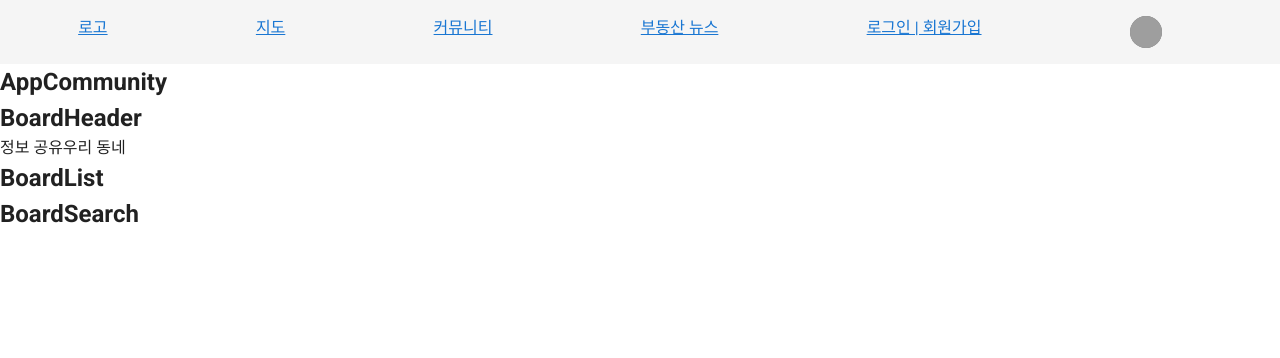
Repository: misso88/vue-whereIsMyHome
Page: /community
These files come from the project's save history. The page is drawn as it stood at one moment and after a run of saves; the edit follows.
The browser window is 1280 px wide. The pictures show the whole page.
The project was rebuilt for these pictures with package versions that can differ from the ones it lists, and the page was loaded fresh each time. Also part of the build but not shown: vue.config.js, src/views/AppMain.vue, src/components/house/sidebar/HouseListItem.vue, src/components/house/sidebar/HouseList.vue, src/components/house/sidebar/HouseListFilter.vue, src/components/house/sidebar/HouseSidebar.vue, src/components/house/map/HouseMapFilter.vue, src/components/house/map/HouseMap.vue and 2 more.

Above is the page before, as saved 2022-11-16 10:32:17.

### public/index.html
<!DOCTYPE html>
<html lang="en">
  <head>
    <meta charset="utf-8" />
    <meta http-equiv="X-UA-Compatible" content="IE=edge" />
    <meta name="viewport" content="width=device-width,initial-scale=1.0" />
    <link rel="icon" href="<%= BASE_URL %>favicon.ico" />
    <title><%= htmlWebpackPlugin.options.title %></title>
    <link
      rel="stylesheet"
      href="https://fonts.googleapis.com/css?family=Roboto:100,300,400,500,700,900"
    />
    <link
      rel="stylesheet"
      href="https://cdn.jsdelivr.net/npm/@mdi/font@latest/css/materialdesignicons.min.css"
    />
    <link
      rel="stylesheet"
      href="https://fonts.googleapis.com/css?family=Roboto:100,300,400,500,700,900"
    />
    <link
      rel="stylesheet"
      href="https://cdn.jsdelivr.net/npm/@mdi/font@latest/css/materialdesignicons.min.css"
    />
    <!-- <style>
      html{
        overflow-y: hidden !important;
      }
    </style> -->
  </head>
  <body>
    <noscript>
      <strong
        >We're sorry but <%= htmlWebpackPlugin.options.title %> doesn't work properly without
        JavaScript enabled. Please enable it to continue.</strong
      >
    </noscript>
    <div id="app"></div>
    <!-- built files will be auto injected -->
  </body>
</html>

### src/App.vue
<template>
  <v-app>
    <v-app-bar app elevation="0" absolute clipped-left>
      <the-header></the-header>
    </v-app-bar>
    <v-main>
      <router-view></router-view>
    </v-main>
  </v-app>
</template>

<script>
import TheHeader from "@/components/layout/TheHeader";

export default {
  name: "App",
  components: {
    TheHeader,
  },
};
</script>

### src/router/index.js
import Vue from 'vue'
import VueRouter from 'vue-router'

import AppMain from '@/views/AppMain'
import AppHouse from '@/views/AppHouse'
// import AppCommunity from '@/views/AppCommunity'
import AppNews from '@/views/AppNews'
// import AppMember from '@/views/AppMember'


Vue.use(VueRouter)

const routes = [
  {
    path: '/',
    name: 'main',
    component: AppMain
  },
  {
    path: '/map',
    name: 'map',
    component: AppHouse
  },
  {
    path: '/community',
    name: 'community',
    component: () => import("@/views/AppCommunity"),
    redirect: "/community/list",
    children: [
      {
        path: "list",
        name: "boardlist",
        component: () => import("@/components/board/BoardList")
      },
    ]
  },
  {
    path: '/news',
    name: 'news',
    component: AppNews
  },
  {
    path: '/member',
    name: 'member',
    component: () => import("@/views/AppMember"),
    children: [
      {
        path: "login",
        name: "login",
        component: () => import("@/components/member/MemberLogin")
      },
      {
        path: "join",
        name: "join",
        component: () => import("@/components/member/MemberJoin")
      },
    ]
  },
  {
    path: "/profile",
    name: "profile",
    component: () => import("@/views/TempProfile"),
    children: [
      {
        path: "mypage",
        name: "mypage",
        component: () => import("@/components/profile/ProfileMypage")
      },
      {
        path: "wishlist",
        name: "wishlist",
        component: () => import("@/components/profile/ProfileWishlist")
      },
      {
        path: "notice",
        name: "notice",
        component: () => import("@/components/profile/ProfileNotice")
      },
      {
        path: "helpcenter",
        name: "helpcenter",
        component: () => import("@/components/profile/ProfileHelpcenter")
      },
    ]
  },
]

const router = new VueRouter({
  mode: 'history',
  base: process.env.BASE_URL,
  routes
})

export default router

### src/store/index.js
import Vue from 'vue'
import Vuex from 'vuex'
import createPersistedState from "vuex-persistedstate";

Vue.use(Vuex)

export default new Vuex.Store({
  state: {
    type: null,
  },
  getters: {
  },
  mutations: {
    SET_TYPE (state, type) {
      state.type = type;
    },
  },
  actions: {
  },
  modules: {},
  plugins: [
    createPersistedState({
      // 브라우저 종료시 제거하기 위해 localStorage가 아닌 sessionStorage로 변경. (default: localStorage)
      storage: sessionStorage,
    }),
  ],

})

### src/components/layout/TheHeader.vue
<template>
  <v-row  class="d-flex justify-space-around">
    <router-link
      v-for="item in header" :key="item.name"
      :to="{ name: item.name}" > {{ item.title }}</router-link>
    <!-- 프로필 -->
     <v-avatar
          class="mr-10"
          color="grey darken-1"
          size="32"
        >
      <v-menu offset-y>
      <template v-slot:activator="{ on, attrs }">
        <v-btn
          color="grey"
          v-bind="attrs"
          v-on="on"
        >
          <!-- 프로필 이미지 -->
        </v-btn>
      </template>
      <v-list>
        <v-list-item
          v-for="(item, index) in profile"
          :key="index"
        >
          <router-link :to="{ name: item.name}" > {{ item.title }}</router-link>
        </v-list-item>
      </v-list>
    </v-menu>
    </v-avatar>
  </v-row>
</template>

<script>
export default {
    name: "TheHeader",
    data() {
        return {
          header: [],
          profile: []
        };
    },
    created() {
      this.header = [
        {
          name: "main",
          title: "로고"
        },
        {
          name: "map",
          title: "지도"
        },
        {
          name: "community",
          title: "커뮤니티"
        },
        {
          name: "news",
          title: "부동산 뉴스"
        },
        {
          name: "login",
          title: "로그인 | 회원가입"
        },
      ],
      this.profile = [
        {
          name: "mypage",
          title: "내정보"
        },
        {
          name: "wishlist",
          title: "찜 목록"
        },
        {
          name: "notice",
          title: "공지사항"
        },
        {
          name: "helpcenter",
          title: "고객센터"
        },
        {
          name: "mypage",
          title: "로그아웃"
        },
      ]
    }
}
</script>

<style>

</style>

### src/views/AppCommunity.vue
<template>
  <div>
    <h2>AppCommunity</h2>
    <board-header></board-header>
    <router-view></router-view>
  </div>

</template>

<script>
import BoardHeader from "@/components/board/BoardHeader";

export default {
  name: "AppCommunity",
  components: {
    BoardHeader,
  },
};
</script>

<style>

</style>

### src/components/board/BoardList.vue
<template>
  <div>
    <h2>BoardList</h2>
    <board-search></board-search>
    <div>{{ type }}</div>
  </div>
</template>

<script>
import BoardSearch from "@/components/board/BoardSearch";
export default {
    name: "BoardList",
    data() {
        return {
            type: 0
        }
    },
    created() {
        console.log("created");
        this.type = this.$store.state.type;
        console.log(this.type);
    },
    components: {
        BoardSearch
    }
}
</script>

<style>

</style>

### src/components/board/BoardHeader.vue
<template>
  <div>
    <h2>BoardHeader</h2>
    <button @click="a('1')">정보 공유</button>
    <button @click="a('2')">우리 동네</button>
  </div>
</template>

<script>
export default {
    name: "BoardHeader",
    methods: {
        a(type){
            this.$store.commit("SET_TYPE", type);
            this.$router.go({
                name: "boardlist",
            });
        }
    },
};
</script>

<style>

</style>

### src/components/board/BoardSearch.vue
<template>
  <div>
    <h2>BoardSearch</h2>
  </div>
</template>

<script>
export default {

}
</script>

<style>

</style>

Loaded but not shown: src/main.js (common file); src/plugins/vuetify.js (common file)

After the next 2 saves:
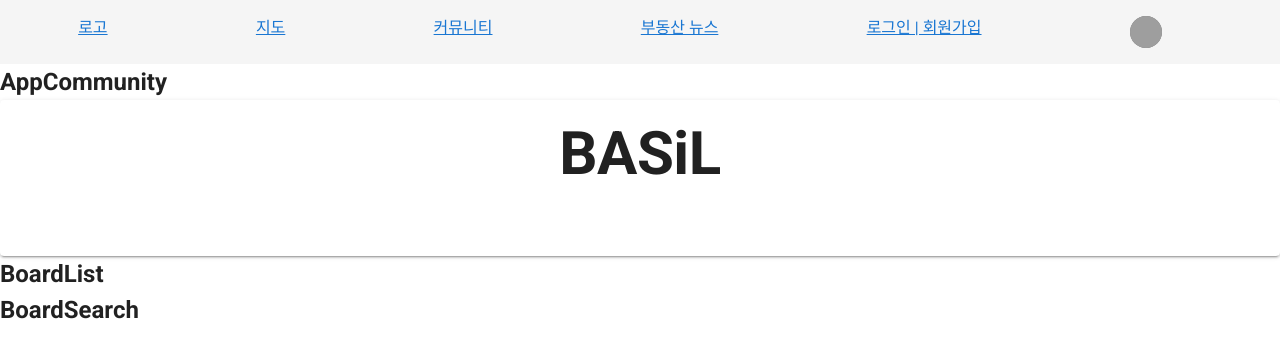
The 2 saves are shown as one change because they came seconds apart.
The last was saved 2 min 16 s later.
--- a/src/components/board/BoardHeader.vue
+++ b/src/components/board/BoardHeader.vue
@@ -1,9 +1,44 @@
 <template>
-  <div>
+  <!-- <div>
     <h2>BoardHeader</h2>
     <button @click="a('1')">정보 공유</button>
     <button @click="a('2')">우리 동네</button>
-  </div>
+  </div> -->
+  <v-card color="basil">
+    <v-card-title class="text-center justify-center py-6">
+      <h1 class="font-weight-bold text-h2 basil--text">
+        BASiL
+      </h1>
+    </v-card-title>
+
+    <v-tabs
+      v-model="tab"
+      background-color="transparent"
+      color="basil"
+      grow
+    >
+      <v-tab
+        v-for="item in items"
+        :key="item"
+      >
+        {{ item }}
+      </v-tab>
+    </v-tabs>
+
+    <v-tabs-items v-model="tab">
+      <v-tab-item
+        v-for="item in items"
+        :key="item"
+      >
+        <v-card
+          color="basil"
+          flat
+        >
+          <v-card-text>{{ text }}</v-card-text>
+        </v-card>
+      </v-tab-item>
+    </v-tabs-items>
+  </v-card>
 </template>
 
 <script>
